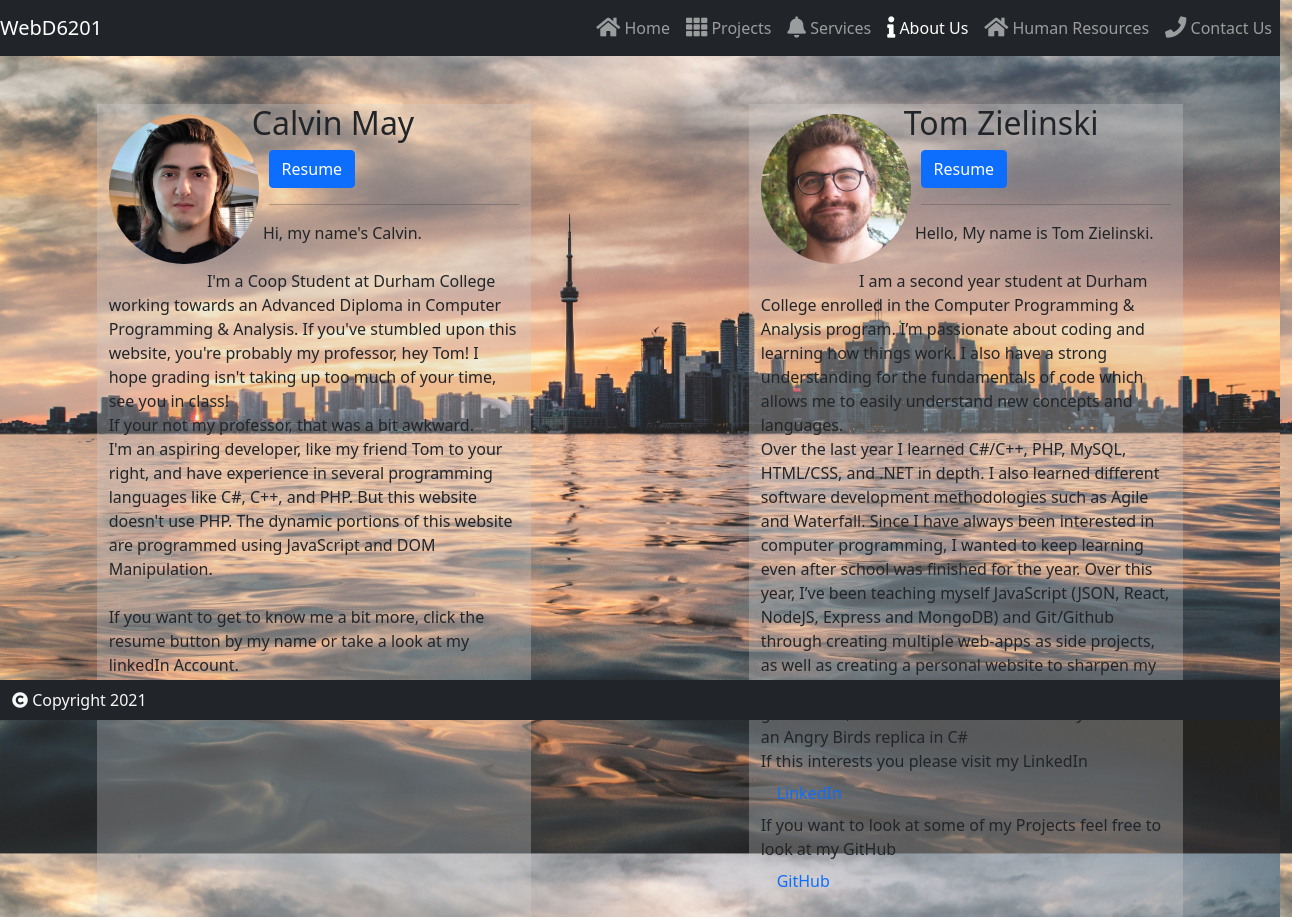
Repository: Tomelinski/Webd6201-Lab02
Page: about.html
An editor plug-in stored every save of this project. The page is shown before and after the next save, followed by the edit.
The browser window is 1280 px wide. The page is 1292 px wide, so the pictures cover 1292 px, including what lies to the right of the window. The pictures show the whole page.
Backgrounds fixed to the window are drawn as part of the page.

Above is the page before, as saved 2021-03-07 19:03:22.

### about.html
<!-- Author(s): Tom Zielinski 100559389,
 *             Calvin May 100745125
 *
 *   Date: 02/02/2021 | Last Modified: 02/05/2021
 *   Document: about.html
 *   Description: This page holds information on the authors of the website (Calvin & Tom).
-->
<!DOCTYPE html>
<html lang="en">
<head>
    <meta charset="UTF-8">
    <meta name="viewport" content="width=device-width, initial-scale=1.0">
    <title>About</title>
    <!-- -->
    <link rel="stylesheet" href="./node_modules/bootstrap/dist/css/bootstrap.min.css">
    <link rel="stylesheet" href="./node_modules/@fortawesome/fontawesome-free/css/all.min.css">
    <link rel="stylesheet" href="./Content/app.css">

</head>
<body>
      <!-- Main header -->
      <header>
        <!-- Main Nav -->
          <nav class="navbar navbar-expand-lg navbar-dark bg-dark ">
              <a class="navbar-brand" href="./index.html">WebD6201</a>
              <button class="navbar-toggler" type="button" data-toggle="collapse" data-target="#navbarSupportedContent" aria-controls="navbarSupportedContent" aria-expanded="false" aria-label="Toggle navigation">
                <span class="navbar-toggler-icon"></span>
              </button>

              <div class="collapse navbar-collapse" id="navbarSupportedContent">
                <ul id="pageList" class="navbar-nav ms-auto mb-2 mb-lg-0">
                  <li class="nav-item ">
                    <a class="nav-link" aria-current="page" href="index.html"><i class="fas fa-home fa-lg"></i> Home</a>
                  </li>

                  <li class="nav-item">
                      <a id="projects" class="nav-link" aria-current="page" href="products.html"><i class="fas fa-th fa-lg"></i> Products</a>
                  </li>

                  <li class="nav-item">
                      <a class="nav-link" aria-current="page" href="services.html"><i class="fas fa-bell fa-lg"></i> Services</a>
                  </li>

                  <li class="nav-item">
                      <a class="nav-link active" aria-current="page" href="about.html"><i class="fas fa-info fa-lg"></i> About Us</a>
                  </li>

                  <li class="nav-item">
                      <a class="nav-link" aria-current="page" href="contact.html"><i class="fas fa-phone fa-lg"></i> Contact Us</a>
                  </li>
                </ul>
              </div>
            </nav>
      </header>

      <main>
        <div class="container"></div>
          <div class="row justify-content-around">
            <div id="about-calvin" class="col-4 mt-5 about-background">

            </div>
            <div id="about-tom" class="col-4 mt-5 about-background">

            </div>
          </div>
        </div>
      </main>

    <!-- Script section -->
    <script src="./node_modules/jquery/dist/jquery.min.js"></script>
    <script src="./node_modules/bootstrap/dist/js/bootstrap.bundle.min.js"></script>
    <script src="./Scripts/app.js"></script>
</body>

</html>

### Content/app.css
/* Author(s): Tom Zielinski 100559389,
 *             Calvin May 100745125
 *
 *   Date: 02/02/2021 | Last Modified: 02/05/2021
 *   Document: app.css
*/
/* Custom css page */
body{
    width:100vw;
    height:100vh;
    background: url("../Pictures/Toronto.jpg") no-repeat center center fixed;
    -webkit-background-size: cover;
    -moz-background-size: cover;
    -o-background-size: cover;
    background-size: cover;
    overflow-x: hidden;
    margin:0px;
    min-height:100%;
    background-color: gray;
}

.headshot-portrait{
    width: 150px;
    height: 150px;
    border-radius: 50%;
    float: left;
    shape-outside: circle();
    margin: 10px 10px 15px 0px;
}

.about-background{
    background: rgba(210, 210, 210, 0.3);

}

.projectOnePic, .projectThreePic{
    height: 200px;
    float: left;

}

.projectTwoPic{
    height: 200px;
    float: Right;

}

.serviceOnePic, .serviceThreePic{
    height: 200px;
    width: 200px;
    border-radius: 50%;
    float: left;
    margin: 10px;
}

.serviceTwoPic{
    height: 200px;
    width: 200px;
    border-radius: 50%;
    float: Right;
    margin: 10px;
}

#project1, #project2, #project3{
    height: 200px;
}
#service1, #service2, #service3{
    height: 220px;
}

Loaded but not shown: node_modules/bootstrap/dist/css/bootstrap.min.css (library); node_modules/@fortawesome/fontawesome-free/css/all.min.css (library); node_modules/jquery/dist/jquery.min.js (library); node_modules/bootstrap/dist/js/bootstrap.bundle.min.js (library); Scripts/app.js (596 lines, source omitted)

After the next save:
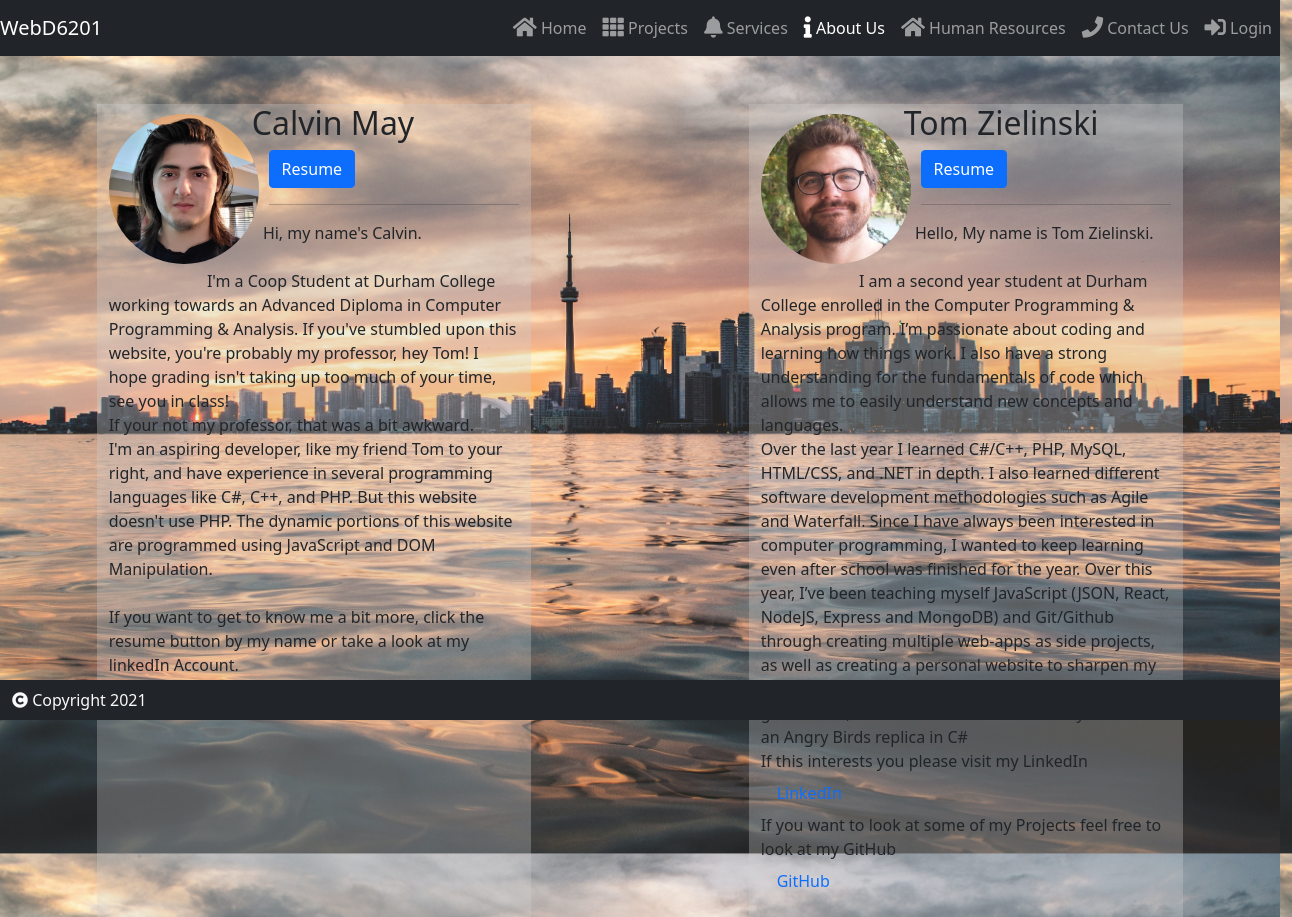
Saved 2 min 6 s later.
--- a/about.html
+++ b/about.html
@@ -48,6 +48,10 @@
                   <li class="nav-item">
                       <a class="nav-link" aria-current="page" href="contact.html"><i class="fas fa-phone fa-lg"></i> Contact Us</a>
                   </li>
+
+                  <li id="loginListItem" class="nav-item">
+                    <a class="nav-link" aria-current="page" href="login.html"><i class="fas fa-sign-in-alt fa-lg"></i> Login</a>
+                  </li>
                 </ul>
               </div>
             </nav>
@@ -69,6 +73,7 @@
     <!-- Script section -->
     <script src="./node_modules/jquery/dist/jquery.min.js"></script>
     <script src="./node_modules/bootstrap/dist/js/bootstrap.bundle.min.js"></script>
+
     <script src="./Scripts/app.js"></script>
 </body>
 
